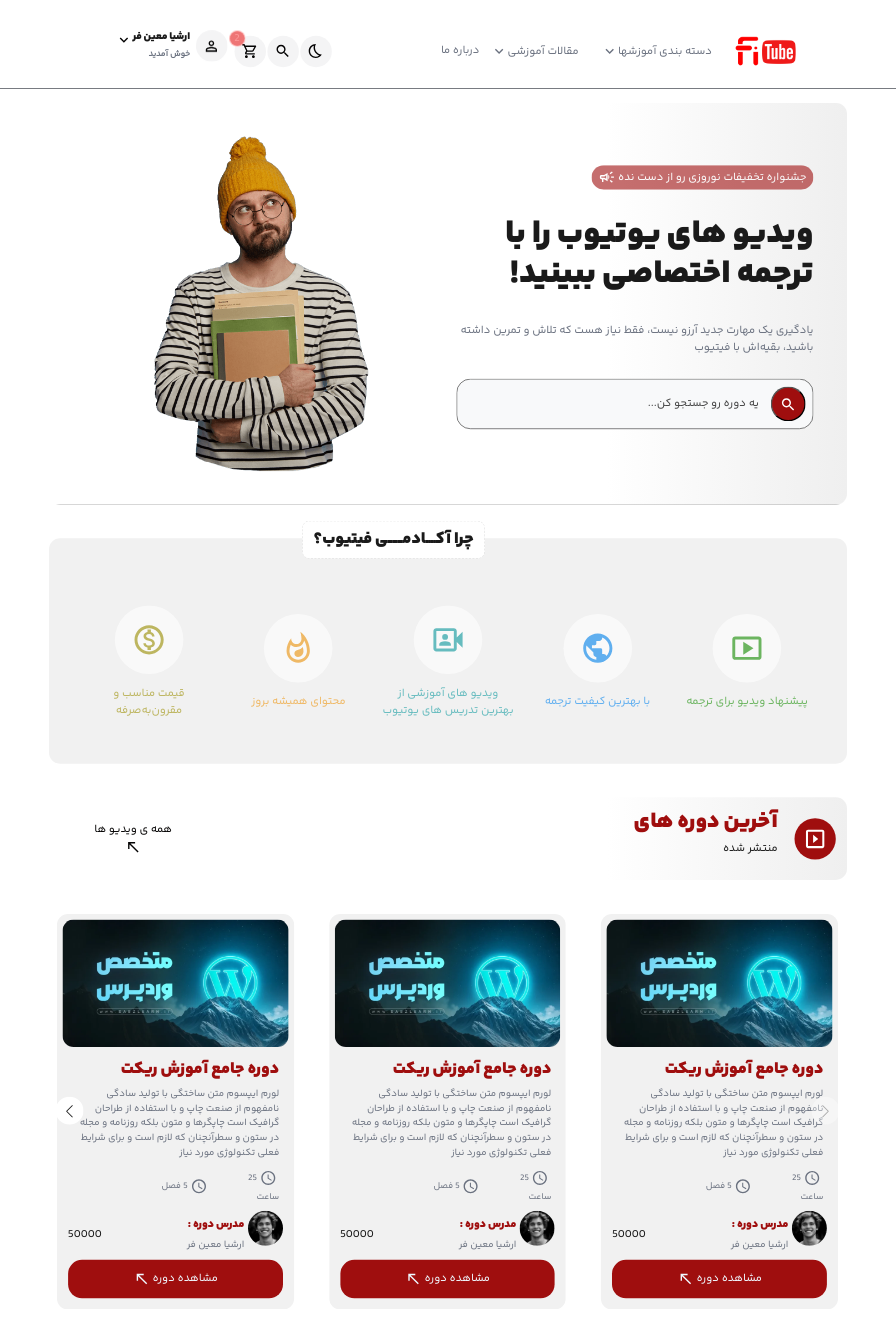
Repository: arshiamoeinfar/fitube
Page: /
These files come from the project's save history. The page is drawn as it stood at one moment and after the next save; the edit follows.
The browser window is 1280 px wide. The pictures show the part of the page from y = 0 to 1920 px (the page is 2951 px tall), at 70% of full size.
The project was rebuilt for these pictures with package versions that can differ from the ones it lists, and the page was loaded fresh each time. Also part of the build but not shown: src/components/LandingCounter/LandingCounter.css, src/components/LandingCounter/LandingCounter.js, src/components/BoxHeader/BoxHeader.jsx, src/components/Category/Category.jsx, src/components/CartPermium/CartPremium.jsx, src/components/BuyPremium/BuyPremium.jsx, src/pages/Login/Login.js, src/components/MovieHeader/VideoPlayer.css and 2 more. Imported but missing from the stored project, and not drawn on this page: src/assets/videos/video5972191431412946595.mp4.

Above is the page before, as saved 2025-04-04 12:14:47.

### src/index.css
@font-face {
    font-family: 'YakanBakh';
    src: url("./assets/fonts/YekanBakh-Black.ttf") format('truetype');
}
@font-face {
    font-family: 'YakanBakhMedium';
    src: url("./assets/fonts/YekanBakh-Regular.ttf") format('truetype');
}


:root{
    --bs-font-bold: 'YakanBakh';
    --bs-font-md: 'YakanBakhMedium';
}
* {
  margin: 0;
  padding: 0;
  box-sizing: border-box;
  direction: rtl;
}

html,
body {
  width: 100%;
  height: 100%;
  margin: 0;
  padding: 0;
  background-color: #00000000;
}

### src/components/DarkMode/DarkMode.jsx
import { useState, useEffect } from "react";
import { IconButton } from "@mui/material";
import { Brightness4, Brightness7 } from "@mui/icons-material";
import BedtimeOutlinedIcon from '@mui/icons-material/BedtimeOutlined';
import WbSunnyOutlinedIcon from '@mui/icons-material/WbSunnyOutlined';
import "./DarkMode.css";
const ThemeToggle = () => {
    const [theme, setTheme] = useState(localStorage.getItem("theme") || "light");

    useEffect(() => {
        document.documentElement.setAttribute("data-bs-theme", theme);
        localStorage.setItem("theme", theme);
    }, [theme]);

    return (
        <IconButton onClick={() => setTheme(theme === "light" ? "dark" : "light")} color="inherit">
            {theme === "light" ? <BedtimeOutlinedIcon /> : <WbSunnyOutlinedIcon />}
        </IconButton>
    );
};

export default ThemeToggle;

### src/components/DarkMode/DarkMode.css

#btn-DarkMode {
  background-color: var(--btn-bg-color);
  color: var(--btn-color);
  border-color: var(--btn-border-color);
}

:root[data-bs-theme="dark"] {
    --bs-body-bg: #0d0d0d; /* پس‌زمینه کاملاً تاریک */
    --bs-body-color: #e0e0e0; /* متن خاکستری روشن برای خوانایی */
    --bs-card-bg: #1a1a1a; /* رنگ کارت‌ها */
    --bs-card-border-color: #333; /* رنگ بردر کارت */
    --bs-btn-bg: #ffffff; /* رنگ دکمه‌ها */
    --bs-btn-border-color: #444;
    --bs-btn-hover-bg: #333;
    --bs-link-color: #9acd32; /* رنگ لینک‌ها */
    --bg-utility-navbar: #1b1b21;
    --bs-submenu-bg: #9f0e0e;
    --bs-menu-bg:#fff;
    --bs-main-color: #15151A;
    --bs-main-color2: #111115;
    --bs-back-main-2:#121218;
    --bs-btn-hover: #600707;
    --bs-text-color: #ffffff;
}
:root[data-bs-theme="light"] {
    --bs-body-bg: #ffffff; /* پس‌زمینه کاملاً تاریک */
    --bs-body-color: #1a1a1a; /* متن خاکستری روشن برای خوانایی */
    --bs-card-bg: #1a1a1a; /* رنگ کارت‌ها */
    --bs-card-border-color: #333; /* رنگ بردر کارت */
    --bs-btn-bg: #050404; /* رنگ دکمه‌ها */
    --bs-btn-border-color: #444;
    --bs-btn-hover-bg: #333;
    --bs-link-color: #9acd32; /* رنگ لینک‌ها */
    --bg-utility-navbar: #f4f4f5;
    --bs-submenu-bg: #9f0e0e;
    --bs-menu-bg:#9f0e0e;
    --bs-main-color: #efefef;
    --bs-main-color2: #f4f4f4;
    --bs-back-main-2:#f1f1f1;
    --bs-btn-hover: #600707;
    --bs-text-color: #9f0e0e;
}

### src/components/Navbar/Navbar.jsx
import React, { useState } from "react";
import { Link } from "react-router-dom";
import { Navbar, Container, Nav, Row, Col } from "react-bootstrap";
import logo from "./../../assets/icons/Logo.png";
import "./Navbar.css";
import SearchIcon from "@mui/icons-material/Search";
import KeyboardArrowDownIcon from "@mui/icons-material/KeyboardArrowDown";
import KeyboardArrowLeftIcon from "@mui/icons-material/KeyboardArrowLeft";
import ShoppingCartOutlinedIcon from "@mui/icons-material/ShoppingCartOutlined";
import PersonOutlineOutlinedIcon from "@mui/icons-material/PersonOutlineOutlined";
import DarkMode from "../DarkMode/DarkMode";
import CloseIcon from "@mui/icons-material/Close";
const Header = () => {
  const [isShowSerachBox, setIsShowSerachBox] = useState(false);

  return (
    <Navbar id="navbar" className="container-fluid px-3 mx-auto ">
      {isShowSerachBox ? (
        <div className="container  p-0 search-box w-100 d-flex justify-content-between align-items-center">
          <div className="contact-email">
            <input type="text" placeholder="نام دوزه یا مقاله را جستجو نمایید..." className="w-100"/>
          </div>
          <div className="icon-close-searchBox" onClick={() => setIsShowSerachBox(false)}>
            <CloseIcon fontSize="medium" />
          </div>
        </div>
      ) : (
        <div
          id="navbar-container"
          className=" d-flex justify-content-between align-items-center mx-auto"
        >
          <div className="row d-flex justify-content-between align-items-center w-100">
            <div className="col-8 d-flex align-items-center justify-content-start">
              <div className="logo">
                <Link to="/">
                  <img className="logo-navbar" src={logo} alt="logo" />
                </Link>
              </div>
              <div className="menus-navbar">
                <Nav
                  id="navbar-menus"
                  className=" d-flex align-items-center justify-content-start mx-3"
                >
                  <div className="menu  d-flex justify-contant-end align-items-end ">
                    <li
                      className=" mx-3 text-decoration-none nav_link"
                      to="#home"
                    >
                      دسته بندی آموزشها
                      <KeyboardArrowDownIcon />
                      <div className="subMenu">
                        <li>
                          برنامه نویسی
                          <KeyboardArrowLeftIcon />
                        </li>
                        <li>
                          برنامه نویسی
                          <KeyboardArrowLeftIcon />
                        </li>
                        <li>
                          برنامه نویسی
                          <KeyboardArrowLeftIcon />
                        </li>
                        <li>
                          برنامه نویسی
                          <KeyboardArrowLeftIcon />
                        </li>
                        <li>
                          برنامه نویسی
                          <KeyboardArrowLeftIcon />
                        </li>
                        <li>
                          برنامه نویسی
                          <KeyboardArrowLeftIcon />
                        </li>
                        <li>
                          برنامه نویسی
                          <KeyboardArrowLeftIcon />
                        </li>
                        <li>
                          برنامه نویسی
                          <KeyboardArrowLeftIcon />
                        </li>
                      </div>
                    </li>
                  </div>
                  <div className="menu  d-flex justify-contant-end align-items-end ">
                    <li
                      className=" mx-3 text-decoration-none nav_link"
                      to="#home"
                    >
                      مقالات آموزشی
                      <KeyboardArrowDownIcon />
                      <div className="subMenu">
                        <li>
                          برنامه نویسی
                          <KeyboardArrowLeftIcon />
                        </li>
                        <li>
                          برنامه نویسی
                          <KeyboardArrowLeftIcon />
                        </li>
                        <li>
                          برنامه نویسی
                          <KeyboardArrowLeftIcon />
                        </li>
                        <li>
                          برنامه نویسی
                          <KeyboardArrowLeftIcon />
                        </li>
                        <li>
                          برنامه نویسی
                          <KeyboardArrowLeftIcon />
                        </li>
                        <li>
                          برنامه نویسی
                          <KeyboardArrowLeftIcon />
                        </li>
                        <li>
                          برنامه نویسی
                          <KeyboardArrowLeftIcon />
                        </li>
                        <li>
                          برنامه نویسی
                          <KeyboardArrowLeftIcon />
                        </li>
                      </div>
                    </li>
                  </div>
                  <li>
                    <Link className="nav_link text-decoration-none" to="/about">
                      درباره ما
                    </Link>
                  </li>
                </Nav>
              </div>
            </div>
            <div className="col-4">
              <div className="utility-bar d-flex justify-content-between align-items-center">
                {/* <img src={moon} alt="" /> */}

                <div className="_icon_Navbar">
                  <DarkMode />
                  {/* <WbSunnyIcon className="" /> */}
                </div>
                <div
                  className="_icon_Navbar"
                  onClick={() => setIsShowSerachBox(true)}
                >
                  <SearchIcon className=" " />
                </div>
                <div className="_icon_Navbar">
                  <ShoppingCartOutlinedIcon className=" " />
                  <span className="number_product reletive">
                    <span class="ping-effect"></span>
                    <span class="relative inline-flex h-5 w-5 bg-blue-500 rounded-full">
                      2
                    </span>
                  </span>
                </div>
                <div className="d-flex">
                <div className="_icon_Navbar mx-2">
                  <PersonOutlineOutlinedIcon className=" " />
                </div>
                <div className="userLoginInfo">
                  <h3>ارشیا معین فر</h3>
                  <p>خوش آمدید</p>
                </div>
                <div className="userLoginArrow">
                  <KeyboardArrowDownIcon className="" />
                </div>

                </div>
              </div>
            </div>
          </div>
        </div>
      )}
    </Navbar>
  );
};

export default Header;

### src/components/Header/Header.jsx

import "./Header.css";
import SearchIcon from '@mui/icons-material/Search';
import BoxHeader from "../BoxHeader/BoxHeader";
import main from "./../../assets/images/main.png";
import CampaignOutlinedIcon from '@mui/icons-material/CampaignOutlined';
const AnimatedHeader = () => {
  return (
    <div className="container-fluid  ">
     <div  className="container bg-black rounded-4 p-5 main">

      <div className="row d-flex justify-content-between align-items-center">
        <div className="col-6">
          <div className="header">
            <span id='span-off'>جشنواره تخفیفات نوروزی رو از دست نده <CampaignOutlinedIcon/></span>
            <h1 className="title-main">ویدیو های یوتیوب را با ترجمه اختصاصی ببینید!</h1>
            <p className="text-main">یادگیری یک مهارت جدید آرزو نیست، فقط نیاز هست که تلاش و تمرین داشته باشید، بقیه‌اش با فیتیوب</p>
            <div id="container-input-search" className="input-group mb-3 bg-light">
              <button id="btn-search" className="" type="button">
                <SearchIcon />
              </button>
              <input
              id="input-search"
              type="text" className="form-control " placeholder="یه دوره رو جستجو کن..." />
            </div>
          </div>
        </div>
        <div className="col-6  d-flex justify-content-center align-items-center">
          <img className="img-main-header" src={main} alt="" />
        </div>
      </div>
     </div>
    </div>
  );
};

export default AnimatedHeader;

### src/components/Mostpopular/Most popular.jsx
import React from "react";
import "./Mostpopular.css";
import SlideshowIcon from "@mui/icons-material/Slideshow";
import NorthWestIcon from '@mui/icons-material/NorthWest';
const MostPopular = () => {
  return (
    <div id="container-most" className="container rounded-4 mt-5 p-3">
      <div className="continer-popular  d-flex justify-content-between">
      <div className="row w-100  d-flex justify-content-between align-items-center">
        <div className="col-10 d-flex align-items-center">
          <div className="icon-popular-bac">
            <SlideshowIcon className="icon-popular" fontSize="large" />
          </div>
          <div className="text-poular me-4">
            <h2>آخرین دوره های</h2>
            <p>منتشر شده</p>
          </div>
        </div>
        <div className="col-2">
          <div className="btn-popular">
            <button className="btn-disabled-hover">همه ی ویدیو ها <NorthWestIcon/></button>
          </div>
        </div>
      </div>

      </div>
    </div>
  );
};

export default MostPopular;

### src/components/Header/Header.css
.container-fluid{
  margin-top: 20px;
}
.main {
  background: linear-gradient(
    to right,
    var(--bs-body-bg) 0%,
    var(--bs-body-bg) 40%,
    var(--bs-body-bg) 70%,
    var(--bs-main-color2) 90%,
    var(--bs-main-color) 100%
  );
}
#span-off {
  background-color: var(--bs-submenu-bg);
  font-family: var(--bs-font-md);
  border-radius: 20px;
  padding: 5px 10px;
  color: white;
  animation: breathEffect 3s infinite ease-in-out;
}
@keyframes breathEffect {
  0% {
    transform: scale(1);
    opacity: 0.5;
  }
  50% {
    transform: scale(1.5);
    opacity: 1;
  }
  100% {
    transform: scale(2);
    opacity: 0.5;
  }
}
.title-main {
  font-family: var(--bs-font-bold);
  margin: 2.5rem 0;
  font-size: 3rem;
}
.text-main {
  font-family: var(--bs-font-md);
  color: #6b7280;
  font-size: 1rem;
  margin-bottom: 2rem;
}
#container-input-search {
  padding: 10px;
  border-radius: 20px;
  border: 1px solid var(--bs-btn-border-color);
}
#btn-search {
  width: 50px;
  height: 50px;
  border-radius: 50%;
  margin: auto;
  background-color: var(--bs-submenu-bg);
  color: #ffffff;
}
#input-search {
  font-family: var(--bs-font-md);
  font-size: 16px;
  color: #6b7280;
  background-color: transparent;
  border: none;
  margin-right: 5px;
}
.form-control:focus,
input:focus {
  outline: none !important;
  box-shadow: none !important;
}
#input-search::placeholder {
  font-size: 16px;
  font-family: var(--bs-font-md);
  color: var(--bs-btn-border-color);
}
.img-main-header {
  width: 60%;
}

### src/components/Category/Category.css
@font-face {
 font-family: "YekanBakh";
 src: url("./../../assets/fonts/YekanBakh-ExtraBlack.ttf");
}
@font-face {
    font-family: "YekanBakhRegular";
    src: url("./../../assets/fonts/YekanBakh-Bold.ttf");
  }
  @font-face {
    font-family: "YekanBakhMedium";
    src: url("./../../assets/fonts/YekanBakh-SemiBold.ttf");
  }
#container{
  /* margin-top: -30rem; */
}

#title{
    font-size: 3rem;
    color: #ffffff;
    font-family: "YekanBakh";
}

#title-category{
    font-family: "YekanBakhRegular";
    font-size:1.3rem;
}
#btn-category{
    border: none;
    color: #ffffff;
    padding: 1rem;
    font-family: "YekanBakhMedium";
}

  /* تغییر رنگ آیکون فلش */
  .swiper-button-next::after,
  .swiper-button-prev::after {
    color: rgb(255, 255, 255); /* رنگ فلش */
    font-size: 18px; /* اندازه فلش */
  }

  /* تغییر استایل هنگام هاور */
  .swiper-button-next:hover,
  .swiper-button-prev:hover {
    background-color: rgba(255, 255, 255, 0.8);
  }

  /* استایل دکمه‌های غیرفعال (موقعی که به آخر اسلاید برسیم) */
  .swiper-button-disabled {
    opacity: 0.3;
    pointer-events: none;
  }

  /* مخفی کردن دکمه‌ها در موبایل */
  @media (max-width: 768px) {
    .swiper-button-next, .swiper-button-prev {
      display: none;
    }
  }
  .swiper-pagination {
    bottom: 10px !important; /* مقدار را بیشتر یا کمتر کن تا تنظیم شود */
    z-index: 1000;
    position: absolute;
  }
  .swiper-pagination-bullet{
    background-color: #f16969;
    opacity: 0.5;
  }
  .swiper-pagination-bullet-active{
    background-color: #ff0000;
    opacity: 1;
  }

### src/components/Mostpopular/Mostpopular.css

#container-most {
  background: linear-gradient(
    to right,
    var(--bs-body-bg) 0%,
    var(--bs-body-bg) 40%,
    var(--bs-body-bg) 70%,
    var(--bs-main-color2) 90%,
    var(--bs-main-color) 100%
  );

}

.icon-popular-bac{
  padding: 12px;
  border-radius: 50%;
  background-color: #9f0e0e;
}
.icon-popular{
  color: white;
}
.text-poular h2{
  font-family: var(--bs-font-bold);
  color: #9f0e0e;
}
.text-poular p{
  font-family: var(--bs-font-md);
  color: var( --bs-body-color);
}

.text-poular{
  margin-right: 10px;
}

.btn-popular button{
  color: var( --bs-btn-bg);
  background-color: var(--bs-body-bg);
  padding: 10px 13px;
  border-radius: 30px;
  font-family: var(--bs-font-md);
  border: none;
  transition: all 0.3s ease;
}
.btn-popular button:hover{
color: #9f0e0e;
background-color: var(--bs-body-bg);
}

### src/components/CartPermium/CartPremium.css
@font-face {
  font-family: "YakanBakh";
  src: url("../../assets/fonts/YekanBakh-Black.ttf");
}

#container_card {
    width: 100%;
    height: 100%;
    background: linear-gradient(
        to right,
    rgb(189, 2, 2),
    rgba(55, 3, 3, 0.97),
    rgba(44, 8, 8, 0.91),
    rgba(72, 16, 16, 0.799)
    );
    position: relative;
    top: 8rem;
}

.container_card {
  width: 100%;
  height: 100%;
}
#text_card_premium {
  font-size: 2.5rem;
  color: #ffffff;
  font-family: "YakanBakh";
}

### src/components/BuyPremium/BuyPremium.css
@font-face {
  font-family: "YakanBakh";
  src: url("../../assets/fonts/YekanBakh-Black.ttf");
}
@font-face {
  font-family: "YakanBakhMedium";
  src: url("../../assets/fonts/YekanBakh-Regular.ttf");
}

#container {
  margin-top: 10rem;
}

#container_card_buy {
  width: 100%;
  height: 100%;
  background: linear-gradient(
    to right,
    rgba(15, 15, 15, 1),
    rgba(52, 20, 20, 0.97),
    rgba(58, 24, 24, 0.91),
    rgba(232, 8, 8, 0.56)
  );
}

#text_title_card_buy{
    font-size: 2.5rem;
    color: #ffffff;
    font-family: "YakanBakh";
    margin-bottom: 1rem;
}

#text_card_buy{
    font-size: 1rem;
    color: #ffffff;
    font-family: "YakanBakhMedium";
}


#button_card_buy{
    font-size: 1.1rem;
    color: #ffffff;
    font-family: "YakanBakhMedium";
}

### src/components/WayUs/Wayus.css
.title {
  font-family: var(--bs-font-bold);
  background-color: var(--bs-body-bg);
  font-size: 1.5rem;
  border: 1px dashed #e3e3e3;
  width: fit-content;
  margin: auto;
  padding: 8px 15px;
  border-radius: 10px;
  position: absolute;
  transform: translate(-180%, -135%);
}
.features {
  animation: breathEffect 3s infinite ease-in-out;
}
#container-way-us {
  background-color: var(--bs-back-main-2);
}
@keyframes breathEffect {
  0% {
    opacity: 0.6;
  }
  50% {
    opacity: 1;
  }
  100% {
    opacity: 0.6;
  }
}
.circle {
  background-color: var(--bs-body-bg);
}
.circle-1 {
  color: #0b999e;
}
.circle-3 {
  color: #0184ef;
}
.circle-2 {
  color: #158e00;
}
.circle-4 {
  color: #ef940a;
}
.circle-5 {
  color: #9c8f00;
}
.text-WayUs {
  font-family: var(--bs-font-md);
  margin-top: 1rem;
}

### src/components/BoxCourses/BoxCourses.css

.container-box-courses{
    background-color: var(--bs-back-main-2);
      border-radius: 1rem;
}
.swiper-button-prev{
    background-color: var(--bs-body-bg);
    padding: 10px;
    width: 40px;
    height: 40px;
    border-radius: 50%;
    transition: all 0.3s ease;
}
.swiper-button-next{
    background-color: var(--bs-body-bg);
    padding: 10px;
    width: 40px;
    height: 40px;
    border-radius: 50%;
    transition: all 0.3s ease;
}
.swiper-button-next::after ,
.swiper-button-prev::after{
    color: var( --bs-body-color);
}
.swiper-button-next:hover ,
.swiper-button-prev:hover{
    background-color: var(--bs-body-bg);
}
.img-courses img{
    width: 300px;
    cursor: pointer;
}
.info-box-courses{
    cursor: pointer;
}
.info-box-courses h3{
    font-family: var(--bs-font-bold);
    margin: 10px 5px;
    font-size: 1.5rem;
color: var(    --bs-text-color);
}
.info-box-courses p{
    font-family: var(--bs-font-md);
    margin: 10px 5px;
    color: #6b7280;
    font-size: 14px;
}
.date-score-season{
    display: flex;
    justify-content: start;
    margin: 10px 5px;
}
.date-score-season span{
    font-family: var(--bs-font-md);
    font-size: 0.8rem;
    color: #6b7280;
}

.img-course img{
    width: 50px;
}
.info-teacher-course{
    width: 100%;

}
.info-teacher-course span{
    font-family: var(--bs-font-md);
}
.info-teacher h3{
font-size: 1rem;
}
.btn-courses{
    font-family: var(--bs-font-md);
    background-color: #6666;
    padding: 15px 10px;
    border-radius: 20px;
    border: none;
    background-color: var(--bs-submenu-bg);
    color: aliceblue;
    transition: all 0.3s ease;
}
.btn-courses:hover{
    background-color: #600707;
}

### src/components/Comments/Comments.css
/* .container-commment{
    height: 800px;
} */
.logo-comment {
  background-color: #9f0e0e;
  padding: 12px;
  width: 60px;
  height: 60px;
  border-radius: 50%;
}
.icon-comments {
  color: #fff;
}
.title-comment h3 {
  font-family: var(--bs-font-bold);
  color: #9f0e0e;;
}
.title-comment p {
  font-family: var(--bs-font-md);
  color: #6b7280;
}
.box-comments {
  background-color: var(--bs-back-main-2);
}
.box-comment-texts {
  font-family: var(--bs-font-md);
  color: #6b7280;
}
.customer-name {
  font-family: var(--bs-font-bold);
  color: var(--bs-text-color);
}
.customer-course {
  font-family: var(--bs-font-md);
  color: #6b7280;
}
.img-comment-customer {
  width: 50px;
  height: 50px;
  border-radius: 50%;
}

### src/components/BoxHeader/BoxHeader.css

@font-face {
    font-family: "YekanBakh";
    src: url("../../assets/fonts/YekanBakh-ExtraBold.ttf");
}

#boxHeader{
    border-radius: 10px;
    width:fit-content;
    height: fit-content;
    display: flex;
    justify-content: center;
    align-items: center;
    position: absolute;
    top: 50%;
    left: 50%;
    transform: translate(-50%, 20%);
}

.box-header-item{
    width: 200px;
    height: 200px;
    border-radius: 10px;
    display: flex;
    justify-content: center;
    align-items: center;
    flex-direction: column;
    text-align: center;
    color: black;
    font-family: "YekanBakh";
}

.landing-status__text{
    font-size: 20px;
    font-weight: 500;
    color: #898989;
}

Loaded but not shown: public/index.html (common file); src/index.js (common file); src/pages/Index/Index.js (24 lines, source omitted); src/App.js (19 lines, source omitted); src/routes.js (9 lines, source omitted); src/components/BoxCourses/BoxCourses.jsx (256 lines, source omitted); src/components/Footer/Footer.jsx (150 lines, source omitted); src/components/Comments/Comments.jsx (85 lines, source omitted); src/components/Navbar/Navbar.css (162 lines, source omitted); src/components/WayUs/Wayus.jsx (66 lines, source omitted); src/components/Footer/Footer.css (137 lines, source omitted)

After the next save:
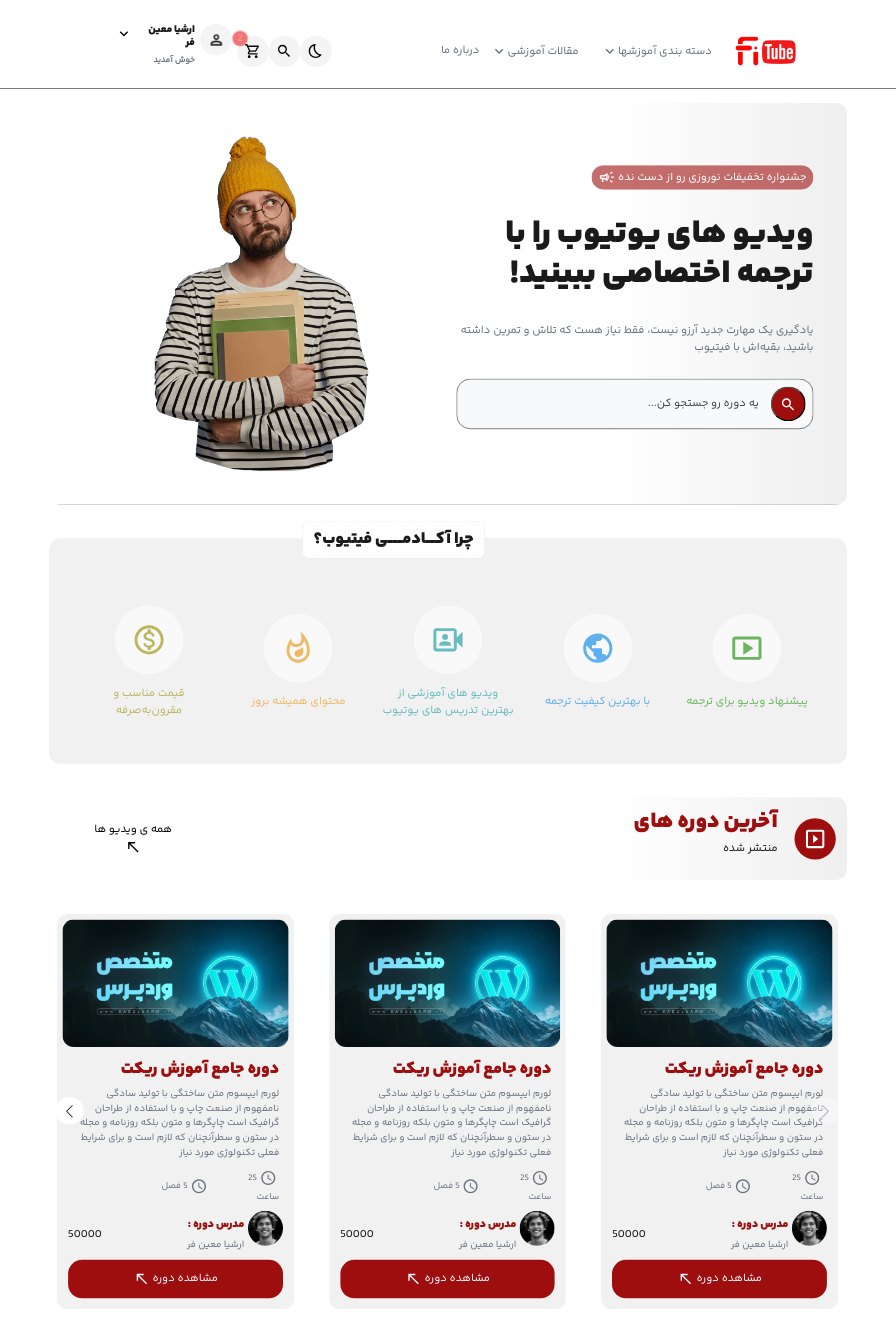
Saved 10 s later.
--- a/src/components/Navbar/Navbar.jsx
+++ b/src/components/Navbar/Navbar.jsx
@@ -166,7 +166,7 @@ const Header = () => {
                   <h3>ارشیا معین فر</h3>
                   <p>خوش آمدید</p>
                 </div>
-                <div className="userLoginArrow">
+                <div className="userLoginArrow me-2">
                   <KeyboardArrowDownIcon className="" />
                 </div>
 
